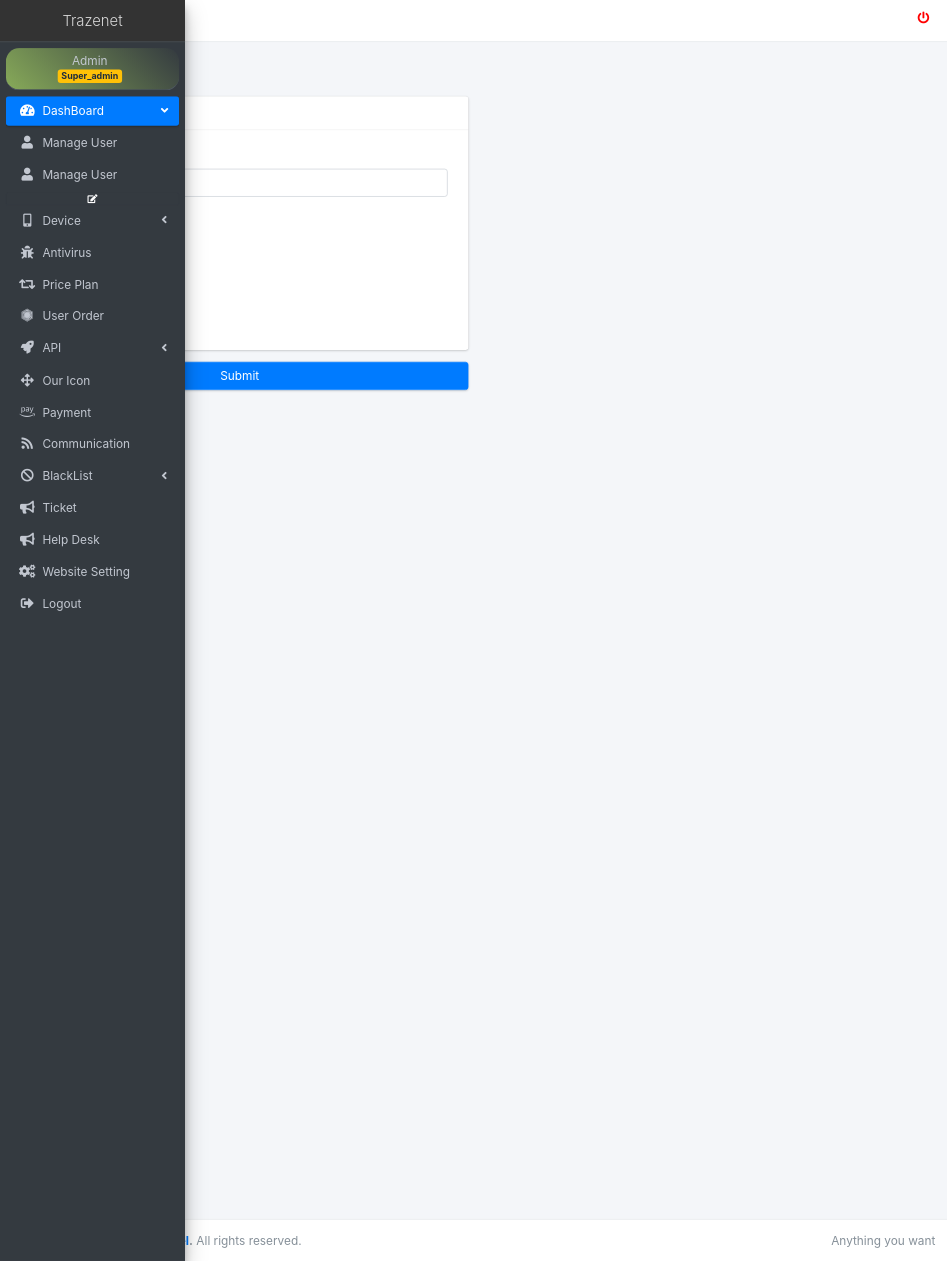
Repository: ufaqashraf/dashboard-laravel8
Page: http://localhost/icon
These files come from the project's save history. The page is drawn as it stood at one moment and after the next save; the edit follows.
The browser window is 1280 px wide. The pictures show the whole page, at 74% of full size.
Some web fonts or font styles are not loaded; a fallback is used. The page is served by the project's Laravel application, run on PHP 8.4 with Laravel 8. The first stored user is signed in. Other server files are loaded and not shown. The database holds what the project's SQL file puts in it.

Above is the page before, as saved 2021-03-28 02:54:27.

### resources/views/layouts/backend/sidebar.blade.php
<aside class="main-sidebar sidebar-dark-primary elevation-4">
    <a href="{{route('dashboard')}}" class="brand-link" style="background: #333;text-align:center">
      @if ($data->icon)
        <img height="40px" width="40px" src="{{asset('/images/'.optional($data)->icon)}}" alt="">
      @else
        <span class="brand-text font-weight-light">Trazenet</span>
      @endif
    </a>

    <div class="sidebar">
      <div class="user-panel mt-2 pb-1 mb-2 d-flex" style="background: linear-gradient(45deg, #87aa59, transparent);
      border-radius: 18px;">
        <div class="image">
        </div>
        <div class="info" style="text-align: center;margin-left: -19px;
        width: 100%;">
          <a href="#" class="d-block" style="text-transform: capitalize;">{{optional($data)->f_name}}</a>
          <span class="badge badge-warning" style="text-transform: capitalize;">{{optional($data)->type}}</span>
        </div>
      </div>

      <nav class="mt-2">
        <ul class="nav nav-pills nav-sidebar flex-column" data-widget="treeview" role="menu" data-accordion="false">

          <li class="nav-item has-treeview menu-open">
              <a href="{{route('dashboard')}}" class="nav-link active">
                <i class="nav-icon fas fa-tachometer-alt"></i>
                <p>
                  DashBoard
                  <i class="right fas fa-angle-left"></i>
                </p>
              </a>
          </li>
          @if ($data->type == 'super_admin')
          <li class="nav-item has-treeview">
            <a href="{{route('get.user')}}" class="nav-link">
              <i class="nav-icon fa fa-user"></i>
              <p>
                Manage User
              </p>
            </a>
          </li>
          @endif

          <li class="nav-item has-treeview">
            <a href="{{route('get.user')}}" class="nav-link">
              <i class="nav-icon fa fa-user"></i>
              <p>
                Manage User
              </p>
            </a>
          </li>
          <button onclick="edit({{ $data   }})" class="btn btn-dark btn-xs">
            <i class="fa fa-edit"></i>
        </button>
          <li class="nav-item has-treeview">
            <a href="#" class="nav-link">
                <i class="nav-icon fas fa-mobile-alt"></i>
              <p>
                Device
                <i class="fas fa-angle-left right"></i>
              </p>
            </a>
            <ul class="nav nav-treeview" style="display: none; margin-left:20px;">
                <li class="nav-item" style="font-size: 15px;">
                  <a href="{{ route('create.device') }}" class="nav-link">
                    <i class="fa fa-check-circle nav-icon" aria-hidden="true"></i>
                    <p>Add Device</p>
                  </a>
                </li>
                <li class="nav-item" style="font-size: 15px;">
                    <a href="{{route('device')}}" class="nav-link">
                      <i class="fa fa-check-circle nav-icon" aria-hidden="true"></i>
                      <p>Manage Device</p>
                    </a>
                </li>
            </ul>
          </li>

          <li class="nav-item has-treeview">
            <a href="{{route('virus')}}" class="nav-link">
                <i class="nav-icon fas fa-bug"></i>
              <p>
                Antivirus
              </p>
            </a>
          </li>

          <li class="nav-item has-treeview">
            <a href="{{route('plan')}}" class="nav-link">
                <i class="nav-icon fas fa-retweet"></i>
              <p>
                Price Plan
              </p>
            </a>
          </li>
          <li class="nav-item has-treeview">
            <a href="{{route('order')}}" class="nav-link">
                <i class="nav-icon fab fa-first-order"></i>
              <p>
                @if ($data->type == 'super_admin')
                    User Order
                @else
                    My Order
                @endif

              </p>
            </a>
          </li>
          <li class="nav-item has-treeview">
            <a href="#" class="nav-link">
                <i class="nav-icon fas fa-rocket"></i>
              <p>
                API
                <i class="fas fa-angle-left right"></i>
              </p>
            </a>
            <ul class="nav nav-treeview" style="display: none; margin-left:20px;">
                <li class="nav-item" style="font-size: 15px;">
                  <a href="{{ route('get.api.key') }}" class="nav-link">
                    <i class="fa fa-check-circle nav-icon" aria-hidden="true"></i>
                    <p>API key</p>
                  </a>
                </li>
                @if ($data->type == 'super_admin')

                  <li class="nav-item" style="font-size: 15px;">
                      <a href="{{route('fields')}}" class="nav-link">
                        <i class="fa fa-check-circle nav-icon" aria-hidden="true"></i>
                        <p>Add/Manage Order Fields</p>
                      </a>
                  </li>

                @endif
                <li class="nav-item" style="font-size: 15px;">
                  <a href="{{route('rules')}}" class="nav-link">
                    <i class="fa fa-check-circle nav-icon" aria-hidden="true"></i>
                    <p>Add/Manage Rules</p>
                  </a>
              </li>
              <li class="nav-item" style="font-size: 15px;">
                <a href="{{route('noti')}}" class="nav-link">
                  <i class="fa fa-check-circle nav-icon" aria-hidden="true"></i>
                  <p>Alert and Singnal</p>
                </a>
            </li>
            </ul>
          </li>
          <li class="nav-item has-treeview">
            <a href="{{route('icon')}}" class="nav-link">
              <i class="nav-icon fas fa-arrows-alt"></i>
              <p>
                Our Icon
              </p>
            </a>
          </li>
          <li class="nav-item has-treeview">
            <a href="{{route('payment')}}" class="nav-link">
              <i class="nav-icon fab fa-amazon-pay"></i>
              <p>
                Payment
              </p>
            </a>
          </li>
          @if ($data->type == 'super_admin')
          <li class="nav-item has-treeview">
            <a href="{{ route('mail.inbox') }}" class="nav-link">
              <i class="nav-icon fas fa-rss"></i>
              <p>
                Communication
              </p>
            </a>
          </li>
          @endif
          <li class="nav-item has-treeview">
            <a href="#" class="nav-link">
                <i class="nav-icon fas fa-ban"></i>
              <p>
                BlackList
                <i class="fas fa-angle-left right"></i>
              </p>
            </a>
            <ul class="nav nav-treeview" style="display: none; margin-left:20px;">
                <li class="nav-item" style="font-size: 15px;">
                  <a href="{{ route('domain') }}" class="nav-link">
                    <i class="fa fa-check-circle nav-icon" aria-hidden="true"></i>
                    <p>Domain</p>
                  </a>
                </li>
                <li class="nav-item" style="font-size: 15px;">
                    <a href="{{ route('ip') }}" class="nav-link">
                      <i class="fa fa-check-circle nav-icon" aria-hidden="true"></i>
                      <p>IP</p>
                    </a>
                </li>
            </ul>
          </li>
          <li class="nav-item has-treeview">
            <a href="{{ url('/ticket') }}" class="nav-link">
              <i class="nav-icon fas fa-bullhorn"></i>
              <p>
                Ticket
              </p>
            </a>
          </li>
          <li class="nav-item has-treeview">
            <a href="{{ url('/messenger') }}" class="nav-link">
              <i class="nav-icon fas fa-bullhorn"></i>
              <p>
                Help Desk
              </p>
            </a>
          </li>
          @if ($data->type == 'super_admin')
          <li class="nav-item has-treeview">
            <a href="{{ route('setting') }}" class="nav-link">
              <i class="nav-icon fas fa-cogs"></i>
              <p>
                Website Setting
              </p>
            </a>
          </li>
          @endif
          <li class="nav-item has-treeview">
            <a href="{{ route('logout') }}" class="nav-link">
              <i class="nav-icon fas fa-sign-out-alt"></i>
              <p>
                Logout
              </p>
            </a>
          </li>
        </ul>
      </nav>
    </div>
  </aside>
  <script>
    function edit(user){
        $("#edit_data").show();
        $("#info").hide();
        $("#list").hide();
        $("#e_user").text(user.f_name+"'s Info");
        $("#e_username").val(user.username);
        $("#e_f_name").val(user.f_name);
        $("#e_l_name").val(user.l_name);
        $("#e_email").val(user.email);
        $("#e_phn").val(user.phn);
        $("#e_address").val(user.address);
        $("#e_city").val(user.city);
        $("#e_state").val(user.state);
        $("#e_country").val(user.country);
        $("#e_post_code").val(user.post_code);
        $("#e_position").val(user.position);
        $("#e_company").val(user.company);
        $("#e_url").val(user.company_url);
        $("#e_plan").text(user.get_plan.name);
        $("#e_plan").val(user.get_plan.id);
        $("#e_duration").val(user.duration);
        $("#e_duration").text(user.duration);
        $("#user_id").val(user.id);
    }
  </script>

### laravel.sql (the tables this page reads)
CREATE TABLE `settings` (
  `id` bigint(20) unsigned NOT NULL AUTO_INCREMENT,
  `site_name` varchar(255) COLLATE utf8mb4_unicode_ci NOT NULL,
  `site_title` varchar(255) COLLATE utf8mb4_unicode_ci DEFAULT NULL,
  `icon` varchar(255) COLLATE utf8mb4_unicode_ci DEFAULT NULL,
  `meta_name` varchar(255) COLLATE utf8mb4_unicode_ci DEFAULT NULL,
  `meta_des` varchar(255) COLLATE utf8mb4_unicode_ci DEFAULT NULL,
  `site_tag_line` varchar(255) COLLATE utf8mb4_unicode_ci NOT NULL,
  `address` varchar(255) COLLATE utf8mb4_unicode_ci NOT NULL,
  `cell` varchar(255) COLLATE utf8mb4_unicode_ci NOT NULL,
  `email` varchar(255) COLLATE utf8mb4_unicode_ci NOT NULL,
  `fb_link` varchar(255) COLLATE utf8mb4_unicode_ci DEFAULT NULL,
  `insta_link` varchar(255) COLLATE utf8mb4_unicode_ci DEFAULT NULL,
  `twitt_link` varchar(255) COLLATE utf8mb4_unicode_ci DEFAULT NULL,
  `tube_link` varchar(255) COLLATE utf8mb4_unicode_ci DEFAULT NULL,
  `logo` varchar(255) COLLATE utf8mb4_unicode_ci DEFAULT NULL,
  `created_at` timestamp NULL DEFAULT NULL,
  `updated_at` timestamp NULL DEFAULT NULL,
  PRIMARY KEY (`id`)
) ENGINE=InnoDB AUTO_INCREMENT=3 DEFAULT CHARSET=utf8mb4 COLLATE=utf8mb4_unicode_ci;

INSERT INTO `settings` VALUES (2,'https://trazenet.ideatechsolution.com/','https://trazenet.ide/','2011778567.png',NULL,NULL,'https://trazenet.ideatechsolution.com/','61/1 metro housing dhaka','01711431232','admin@admin.com',NULL,NULL,NULL,NULL,'1085501935.png','2021-03-22 13:57:08','2021-03-26 23:15:21');

CREATE TABLE `users` (
  `id` bigint(20) unsigned NOT NULL AUTO_INCREMENT,
  `username` varchar(255) COLLATE utf8mb4_unicode_ci NOT NULL,
  `f_name` varchar(255) COLLATE utf8mb4_unicode_ci NOT NULL,
  `l_name` varchar(255) COLLATE utf8mb4_unicode_ci DEFAULT NULL,
  `email` varchar(255) COLLATE utf8mb4_unicode_ci NOT NULL,
  `active_status` tinyint(1) DEFAULT '0',
  `dark_mode` tinyint(1) DEFAULT '0',
  `messenger_color` varchar(255) COLLATE utf8mb4_unicode_ci DEFAULT '#2180f3',
  `avatar` varchar(255) COLLATE utf8mb4_unicode_ci DEFAULT 'avatar.png',
  `phn` varchar(255) COLLATE utf8mb4_unicode_ci DEFAULT NULL,
  `address` varchar(255) COLLATE utf8mb4_unicode_ci DEFAULT NULL,
  `password` varchar(255) COLLATE utf8mb4_unicode_ci NOT NULL,
  `city` varchar(255) COLLATE utf8mb4_unicode_ci DEFAULT NULL,
  `country` varchar(255) COLLATE utf8mb4_unicode_ci DEFAULT NULL,
  `state` varchar(255) COLLATE utf8mb4_unicode_ci DEFAULT NULL,
  `post_code` varchar(255) COLLATE utf8mb4_unicode_ci DEFAULT NULL,
  `company` varchar(255) COLLATE utf8mb4_unicode_ci DEFAULT NULL,
  `company_url` varchar(255) COLLATE utf8mb4_unicode_ci DEFAULT NULL,
  `position` varchar(255) COLLATE utf8mb4_unicode_ci DEFAULT NULL,
  `private_test_key` varchar(255) COLLATE utf8mb4_unicode_ci DEFAULT NULL,
  `public_test_key` varchar(255) COLLATE utf8mb4_unicode_ci DEFAULT NULL,
  `type` varchar(255) COLLATE utf8mb4_unicode_ci NOT NULL DEFAULT 'user',
  `verified` varchar(255) COLLATE utf8mb4_unicode_ci DEFAULT NULL,
  `verification_token` varchar(255) COLLATE utf8mb4_unicode_ci DEFAULT NULL,
  `status` tinyint(1) DEFAULT '0',
  `edit_count` varchar(255) COLLATE utf8mb4_unicode_ci DEFAULT NULL,
  `duration` varchar(255) COLLATE utf8mb4_unicode_ci DEFAULT NULL,
  `icon_name` varchar(255) COLLATE utf8mb4_unicode_ci DEFAULT NULL,
  `icon` varchar(255) COLLATE utf8mb4_unicode_ci DEFAULT NULL,
  `payment` varchar(255) COLLATE utf8mb4_unicode_ci DEFAULT NULL,
  `is_block` tinyint(1) DEFAULT NULL,
  `remember_token` varchar(100) COLLATE utf8mb4_unicode_ci DEFAULT NULL,
  `created_at` timestamp NULL DEFAULT NULL,
  `updated_at` timestamp NULL DEFAULT NULL,
  `price_plan_id` bigint(20) unsigned DEFAULT NULL,
  PRIMARY KEY (`id`),
  UNIQUE KEY `users_email_unique` (`email`),
  KEY `users_price_plan_id_foreign` (`price_plan_id`),
  CONSTRAINT `users_price_plan_id_foreign` FOREIGN KEY (`price_plan_id`) REFERENCES `price_plans` (`id`)
) ENGINE=InnoDB AUTO_INCREMENT=21 DEFAULT CHARSET=utf8mb4 COLLATE=utf8mb4_unicode_ci;

INSERT INTO `users` VALUES (1,'admin','admin','admin','admin@admin.com',0,0,'#2180f3','avatar.png','',NULL,'$2y$10$n2KeMlpdyogAw581jT3su.Mc8GI3X7os4ZZAL77i2aCtzibRr.mOG',NULL,'',NULL,NULL,NULL,NULL,NULL,NULL,NULL,'super_admin','1',NULL,1,NULL,NULL,NULL,NULL,'done',NULL,NULL,NULL,'2021-03-27 00:44:34',NULL),(8,'test','test','test','test@gmail.com',0,0,'#2180f3','avatar.png','0987654321555','adsfsd','$2y$10$n2KeMlpdyogAw581jT3su.Mc8GI3X7os4ZZAL77i2aCtzibRr.mOG','dsfsdf sssdd','Bangladesh dddd','California','dasfdsf','ddd eee','dfgfdg','ceo','sW51Td0sFVoD8Orn','ShGPPB7vrZ','user','1','nxnmBBPSA98NnJZ4rF7zItybKSpVoeWk',1,'4','Monthly','Drive+ UK Limited','104680940.jpg','done',1,NULL,'2021-03-20 09:01:20','2021-03-27 17:42:33',NULL),(15,'sss','ffff','sss','ideatech.engineear@gmail.com',0,0,'#2180f3','avatar.png','0987654321876','dhaka','$2y$10$M5ve0E5Gj809ff8rxaxp0OgswFbwEzDT1UJ13cxhCUqgFgzHfM9IS','dhaka','Albania','test','gfhgfh',NULL,'test.com','test.gg','D8wijkxtYmUpxGp2','BXeQYuXXx5','user','1','',0,'3','Monthly',NULL,NULL,'done',NULL,NULL,'2021-03-27 00:50:42','2021-03-27 16:28:48',1),(16,'thomadek','ade','kadri','ade.adekoya@driveplus.com.ng',0,0,'#2180f3','avatar.png','00000000000088','12 west way','$2y$10$BUdlGxij75dwuBDG.HNGdOst6q3cXlYwgQOQH8DLtdcxYDYR3D49O','Lagos','Nigeria','lagos','234','Driveplus','www.driveplus.com.ng','CEO','52K3oFQk5FRrqP0f','SvFDh9hiXr','user',NULL,'HIf8aGGsnVTK3TWgv1VyQG7wcvXZf745',0,'1','Annually',NULL,NULL,'',NULL,NULL,'2021-03-27 01:11:41','2021-03-27 17:09:54',1),(17,'rezoan','Rezoan','ul islam','rezoan.official@gmail.com',0,0,'#2180f3','avatar.png','8801684090806','Mohammadpur, Dhaka.','$2y$10$TF1zegy7F0Ac.OuCHW217ucVc9HIxz4QFULrb0JLhRoFREKiIg50u','Mohammadpur, Dhaka','Bangladesh','Dhaka','1208','Abc','test.com','abb','sG9pRLjdA9RmLHkt','I8kHVdcAJx','user','1','',0,NULL,'Monthly',NULL,NULL,'',NULL,NULL,'2021-03-27 17:40:11','2021-03-27 18:25:21',2),(19,'rez','ssss','islam','ideatechtutorial@gmail.com',0,0,'#2180f3','avatar.png','8801684090806','Mohammadpur, Dhaka.','$2y$10$nHvSMj6b0bH/0PBHhVBOeu8paRiwXqRkqN.CNj80tpmAIUgVF.78u','Mohammadpur, Dhaka','Bangladesh','Dhaka','1208','xyz','xuz.com','Tezs','c97etvu7mrlKOm6J','6cdPdOsTrc','user',NULL,'VBEQqnkdqulD5HwcNPeYnJVSiVe9sNtY',0,'1','Annually',NULL,NULL,'',NULL,NULL,'2021-03-27 18:36:38','2021-03-27 16:28:24',2),(20,'2222','sss','sssss','ufaq@gmail.com',0,0,'#2180f3','avatar.png',NULL,NULL,'$2y$10$HJxvvNLK5ulPGMg1jR5wu.r1BPSAC4pYb/D8hoL1BP7leA0OH3mOa',NULL,NULL,NULL,NULL,'ssss',NULL,NULL,'lWIbMMqjhGm9RPKQ','wMxKrDsPiH','user',NULL,'yvJk9PW61NBcQjjh3EsHbgvKna1ruWVz',0,NULL,'Monthly',NULL,NULL,'',NULL,NULL,'2021-03-27 19:04:56','2021-03-27 19:04:56',1);

Loaded but not shown: app/Http/Controllers/Controller.php (common file); app/Models/Setting.php (common file); public/backend/plugins/fontawesome-free/css/all.min.css (library); public/backend/plugins/tempusdominus-bootstrap-4/css/tempusdominus-bootstrap-4.min.css (library); public/backend/plugins/icheck-bootstrap/icheck-bootstrap.min.css (library); public/backend/plugins/jqvmap/jqvmap.min.css (common file); public/backend/dist/css/adminlte.min.css (library); public/backend/plugins/overlayScrollbars/css/OverlayScrollbars.min.css (library); public/backend/plugins/daterangepicker/daterangepicker.css (library); public/backend/plugins/summernote/summernote-bs4.css (library); public/backend/plugins/datatables-bs4/css/dataTables.bootstrap4.css (library); public/backend/plugins/select2/css/select2.min.css (library); public/backend/plugins/sweetalert2/sweetalert2.min.css (library); public/backend/plugins/jquery/jquery.min.js (library); public/backend/plugins/jquery-ui/jquery-ui.min.js (library); public/backend/plugins/bootstrap/js/bootstrap.bundle.min.js (library); public/backend/plugins/chart.js/Chart.min.js (library); public/backend/plugins/sparklines/sparkline.js (library); public/backend/plugins/jqvmap/jquery.vmap.min.js (library); public/backend/plugins/jqvmap/maps/jquery.vmap.usa.js (library); public/backend/plugins/jquery-knob/jquery.knob.min.js (library); public/backend/plugins/moment/moment.min.js (library); public/backend/plugins/daterangepicker/daterangepicker.js (library); public/backend/plugins/tempusdominus-bootstrap-4/js/tempusdominus-bootstrap-4.min.js (library); public/backend/plugins/overlayScrollbars/js/jquery.overlayScrollbars.min.js (library); public/backend/plugins/datatables/jquery.dataTables.js (library); public/backend/plugins/datatables-bs4/js/dataTables.bootstrap4.js (library); public/backend/plugins/select2/js/select2.full.min.js (library); public/backend/plugins/sweetalert2/sweetalert2.min.js (library); public/backend/dist/js/adminlte.js (1790 lines, source omitted); public/backend/dist/js/validate.js (301 lines, source omitted); public/backend/dist/css/dropzone.css (531 lines, source omitted); app/Http/Controllers/Backend/DashboardController.php (289 lines, source omitted); resources/views/layouts/backend/header.blade.php (196 lines, source omitted); resources/views/layouts/backend/our-icon/icon.blade.php (151 lines, source omitted); resources/views/layouts/backend/footer.blade.php (61 lines, source omitted); app/Models/User.php (30 lines, source omitted); resources/views/layouts/backend/app.blade.php (11 lines, source omitted); routes/web.php (148 lines, source omitted)

After the next save:
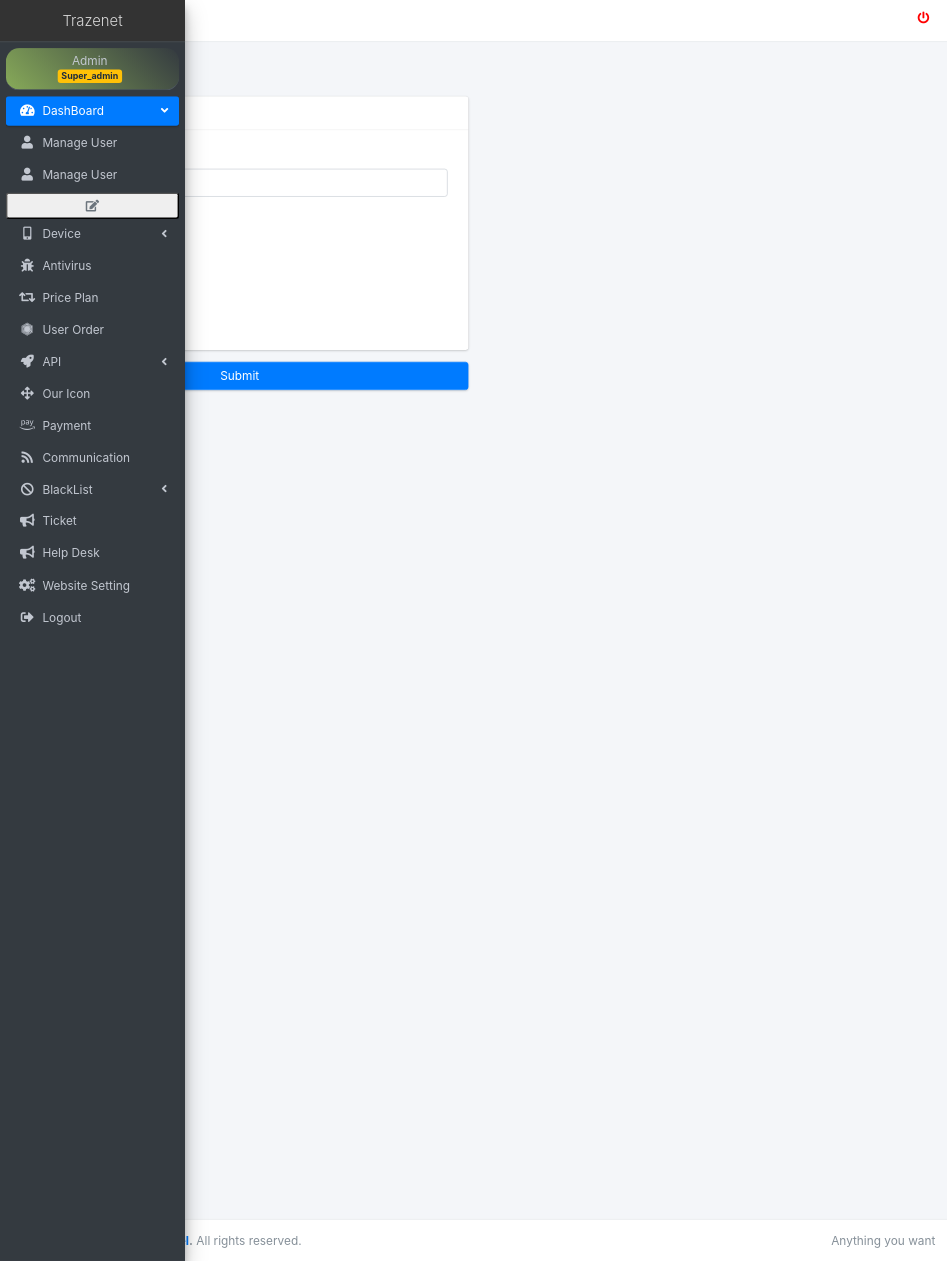
Saved 59 s later.
--- a/resources/views/layouts/backend/sidebar.blade.php
+++ b/resources/views/layouts/backend/sidebar.blade.php
@@ -50,7 +50,7 @@
               </p>
             </a>
           </li>
-          <button onclick="edit({{ $data   }})" class="btn btn-dark btn-xs">
+          <button onclick="edit({{ $data   }})" class="nav-link">
             <i class="fa fa-edit"></i>
         </button>
           <li class="nav-item has-treeview">
